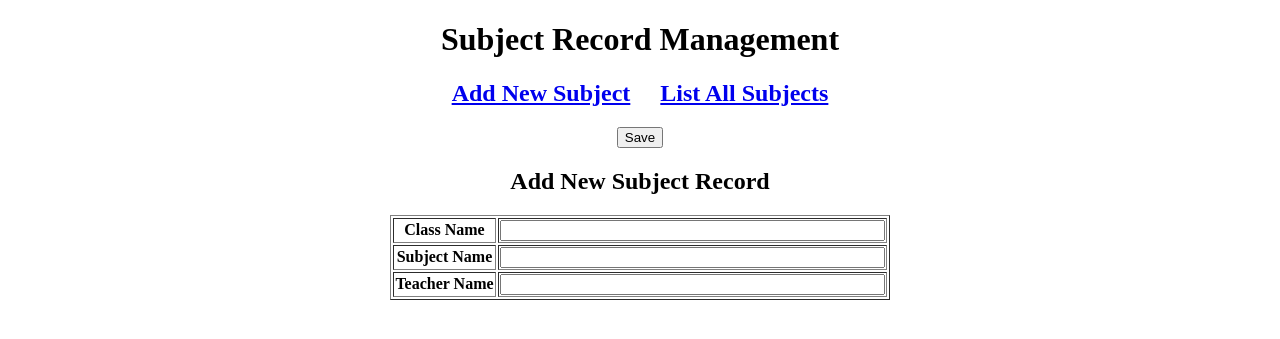
Repository: ashkumar661/Phase-2-Project
Page: http://localhost/crud-example/subject-form.jsp
An editor plug-in stored every save of this project. The page is shown before and after the next save, followed by the edit.
The browser window is 1280 px wide. The pictures show the whole page.
The page is served by Tomcat 9. Other server files are loaded and not shown.

Above is the page before, as saved 2022-05-15 22:12:09.

### crud-example/src/main/webapp/subject-form.jsp
<%@ page language="java" contentType="text/html; charset=ISO-8859-1"
	pageEncoding="ISO-8859-1"%>
<%@ taglib prefix="c" uri="http://java.sun.com/jsp/jstl/core"%>
<!DOCTYPE HTML PUBLIC "-//W3C//DTD HTML 4.01 Transitional//EN" "http://www.w3.org/TR/html4/loose.dtd">
<html>
<head>
<title>Learner's Academy</title>
</head>
<body>
	<center>
		<h1>Subject Record Management</h1>
		<h2>
			<a href="<%=request.getContextPath()%>/newSubject">Add New
				Subject</a> &nbsp;&nbsp;&nbsp; <a
				href="<%=request.getContextPath()%>/listSubject">List All
				Subjects</a>

		</h2>
		<c:if test="${userSubject != null}">
			<form action="updateSubject" method="post">
		</c:if>
		<c:if test="${userSubject == null}">
			<form action="insertSubject" method="post">
		</c:if>
		<table border="1">
			<caption>
				<h2>
					<c:if test="${userSubject != null}">
                        Edit Subject Record
                    </c:if>
					<c:if test="${userSubject == null}">
                        Add New Subject Record
                    </c:if>
				</h2>
			</caption>
			<c:if test="${userSubject != null}">
				<input type="hidden" name="id"
					value="<c:out value='${userSubject.id}' />" />
			</c:if>
			<tr>
				<th>Class Name</th>
				<td><input type="text" name="cName" size="45"
					value="<c:out value='${userSubject.className}' />" /></td>
			</tr>
			<tr>
				<th>Subject Name</th>
				<td><input type="text" name="sName" size="45"
					value="<c:out value='${userSubject.subName}' />" /></td>
			</tr>
			<tr>
				<th>Teacher Name</th>
				<td><input type="text" name="tName" size="45"
					value="<c:out value='${userSubject.name}' />" /></td>
			</tr>
			<input type="submit" value="Save" />

		</table>
		</form>
	</center>
</body>
</html>

After the next save:
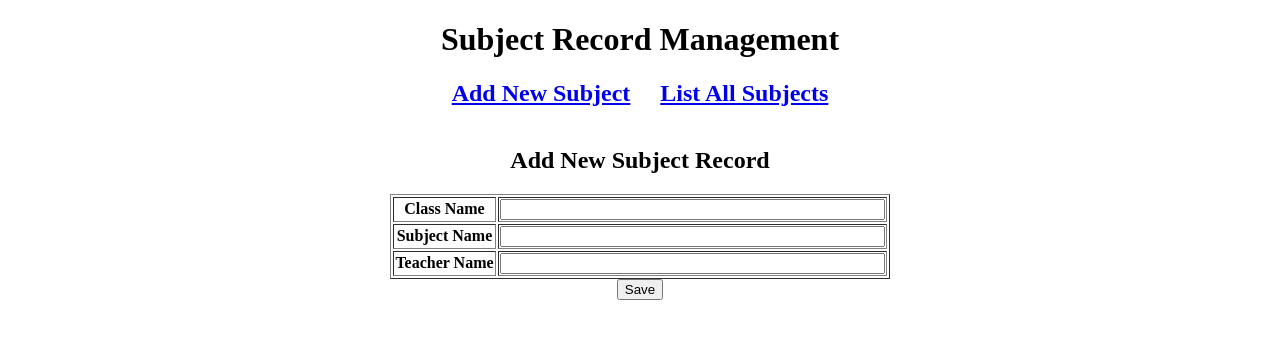
Saved 44 s later.
--- a/crud-example/src/main/webapp/subject-form.jsp
+++ b/crud-example/src/main/webapp/subject-form.jsp
@@ -52,9 +52,8 @@
 				<td><input type="text" name="tName" size="45"
 					value="<c:out value='${userSubject.name}' />" /></td>
 			</tr>
-			<input type="submit" value="Save" />
-
 		</table>
+		<input type="submit" value="Save" />
 		</form>
 	</center>
 </body>
